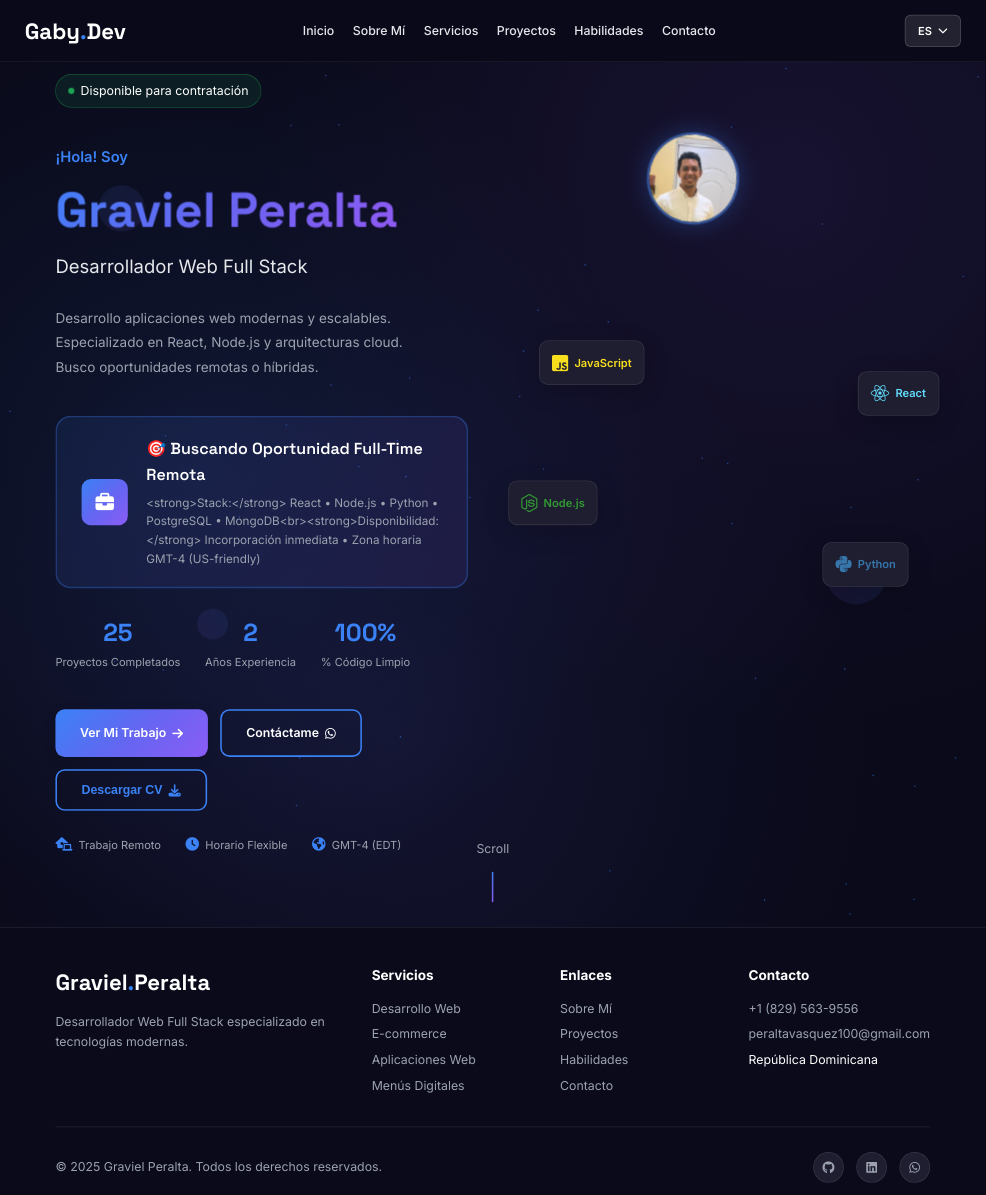
Repository: GravielPV/Portafolio--GabyDev
Page: index.html
An editor plug-in stored every save of this project. The page is shown before and after the next save, followed by the edit.
The browser window is 1280 px wide. The pictures show the whole page, at 77% of full size.

Above is the page before, as saved 2025-10-04 19:18:39.

After the next save:
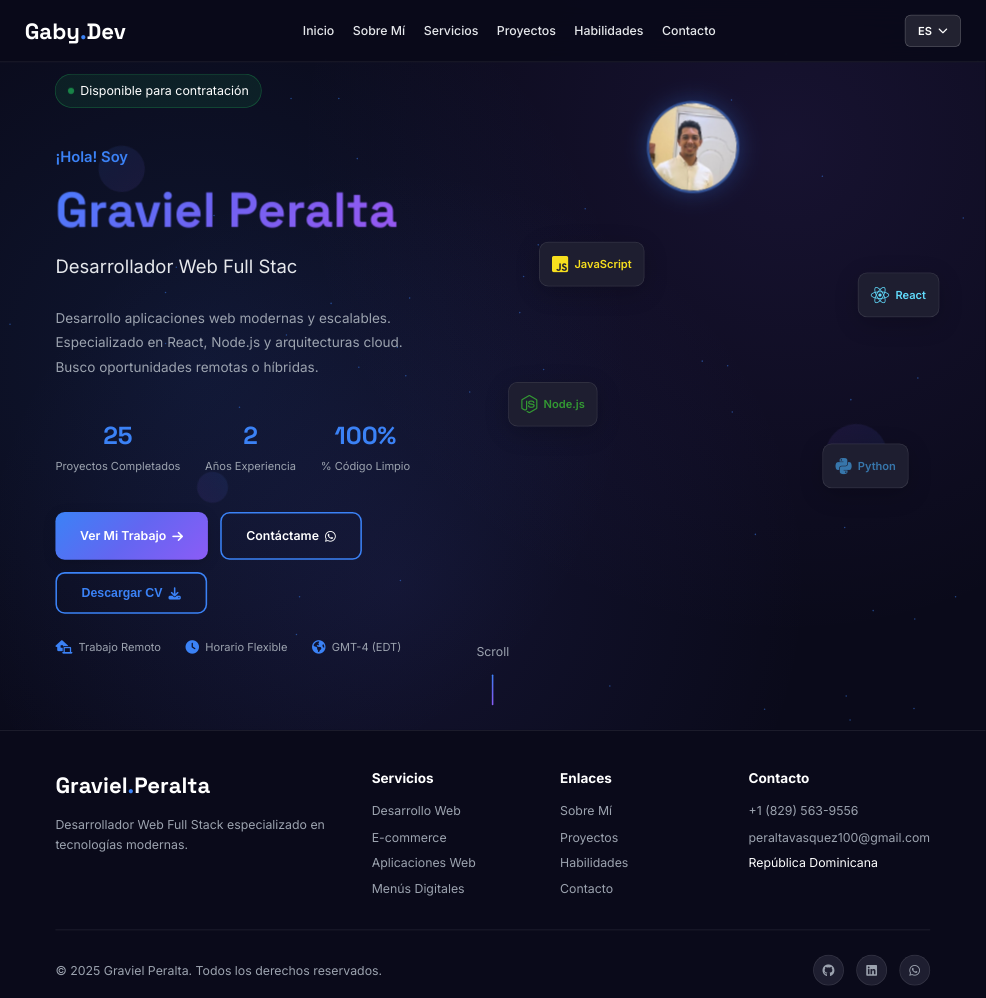
Saved 119 min 23 s later.
--- a/index.html
+++ b/index.html
@@ -173,23 +173,6 @@
                         <strong>Busco oportunidades remotas o híbridas.</strong>
                     </p>
 
-                    <!-- ✨ PROFESSIONAL CTA FOR RECRUITERS & COMPANIES -->
-                    <div class="hero-cta-professional" data-aos="fade-up" data-aos-delay="350">
-                        <div class="cta-content">
-                            <div class="cta-icon">
-                                <i class="fas fa-briefcase"></i>
-                            </div>
-                            <div class="cta-text">
-                                <h3 class="cta-title" data-translate="cta-title">🎯 Buscando Oportunidad Full-Time Remota</h3>
-                                <p class="cta-subtitle" data-translate="cta-subtitle">
-                                    <strong>Stack:</strong> React • Node.js • Python • PostgreSQL • MongoDB
-                                    <br>
-                                    <strong>Disponibilidad:</strong> Incorporación inmediata • Zona horaria GMT-4 (US-friendly)
-                                </p>
-                            </div>
-                        </div>
-                    </div>
-
                     <div class="hero-stats">
                         <div class="stat-item">
                             <span class="stat-number" data-count="25">0</span>
